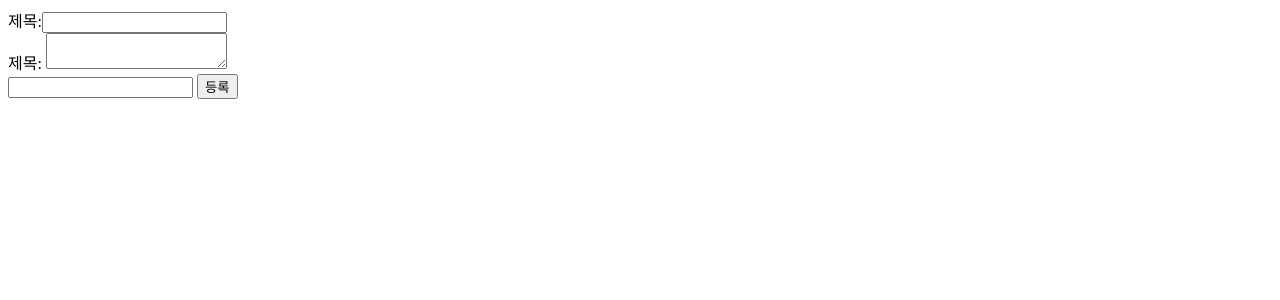
Repository: soyamilk0705/spring-newlecture
Page: ServeltAndJsp/JSPPrj/WebContent/reg.html
The author's editor kept a copy of each file at every save. The page is drawn from the files as they stood at one save, then again after the next save.
The browser window is 1280 px wide. The pictures show the whole page.

Above is the page before, as saved 2024-01-02 12:34:34.

After the next save:
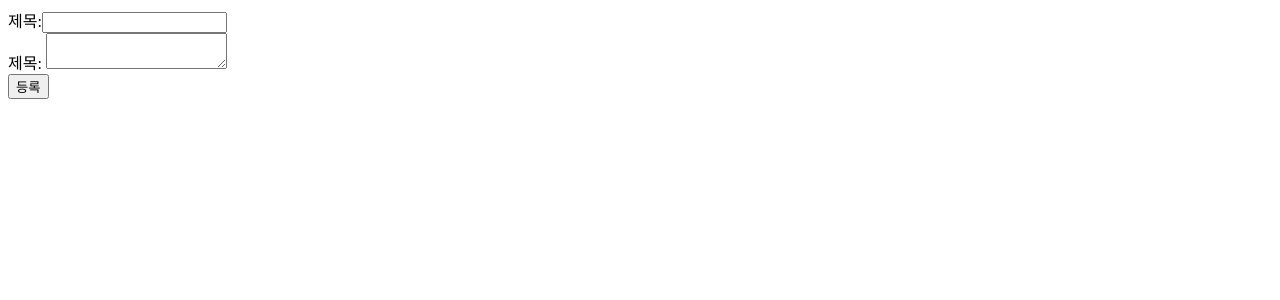
Saved 4 s later.
--- a/ServeltAndJsp/JSPPrj/WebContent/reg.html
+++ b/ServeltAndJsp/JSPPrj/WebContent/reg.html
@@ -15,7 +15,6 @@
 				<textarea name="content"></textarea>
 			</div>
 			<div>
-				<input type="text" name="cnt" />
 				<input type="submit" value="등록" />
 			</div>
 		</form>
